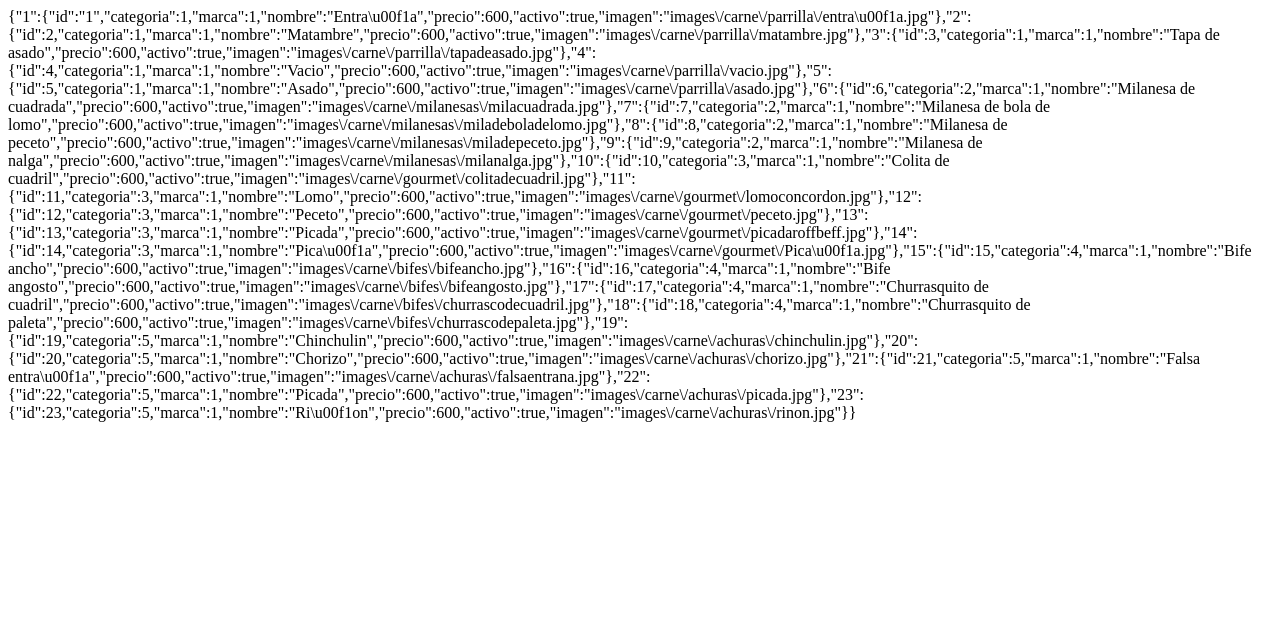
Repository: gerocurkandavinci/web
Page: http://localhost/front_back/datos/productos.php
The author's editor kept a copy of each file at every save. The page is drawn from the files as they stood at one save, then again after the next save.
The browser window is 1280 px wide. The pictures show the whole page.
The page is run by PHP 8.4 with error messages shown; the project is at /var/www/html/.

Above is the page before, as saved 2021-06-20 11:08:43.

After the next save:
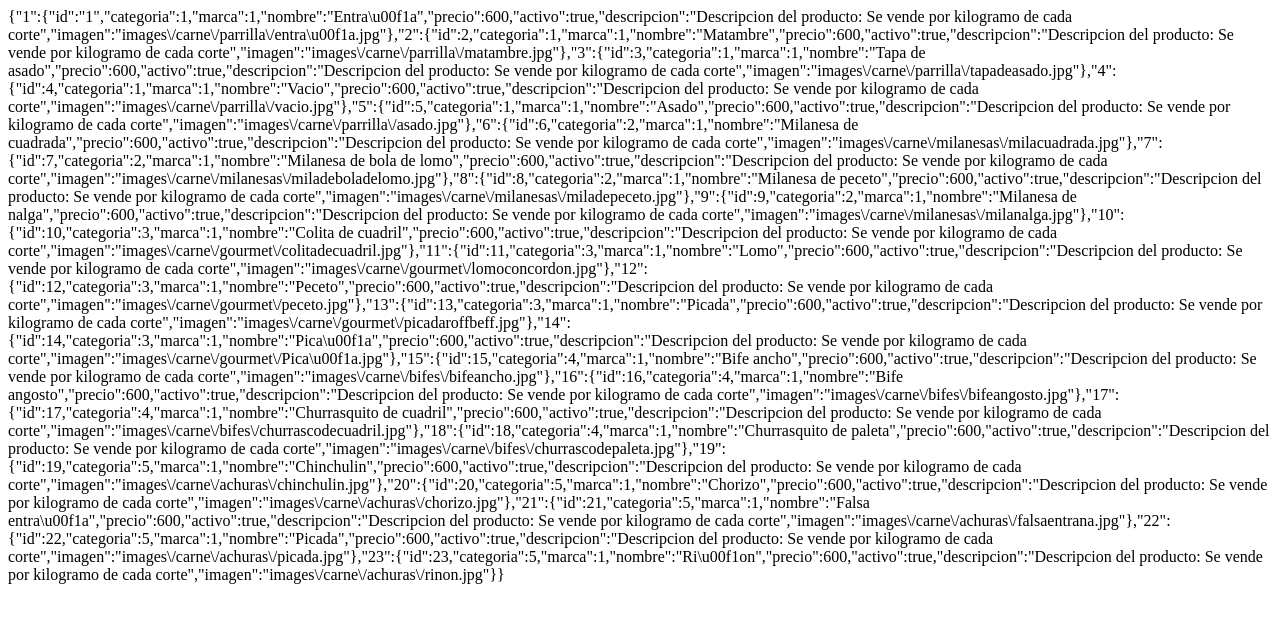
Saved 3 min 58 s later.
--- a/datos/productos.php
+++ b/datos/productos.php
@@ -7,6 +7,7 @@ $productos = array(
         "nombre"=>  "Entraña",
         "precio"=>  600,
         "activo"=>  true,
+        "descripcion"=>  "Descripcion del producto: Se vende por kilogramo de cada corte",
         "imagen"=>  "images/carne/parrilla/entraña.jpg"
 
         ),
@@ -17,6 +18,7 @@ $productos = array(
         "nombre"=> "Matambre",
         "precio"=> 600,
         "activo"=> true,
+        "descripcion"=>  "Descripcion del producto: Se vende por kilogramo de cada corte",
         "imagen" => "images/carne/parrilla/matambre.jpg"
     ),
     '3' => array(
@@ -26,6 +28,7 @@ $productos = array(
         "nombre"=> "Tapa de asado",
         "precio"=> 600,
         "activo"=> true,
+        "descripcion"=>  "Descripcion del producto: Se vende por kilogramo de cada corte",
         "imagen"=> "images/carne/parrilla/tapadeasado.jpg"
 
     ),
@@ -36,6 +39,7 @@ $productos = array(
         "nombre"=> "Vacio",
         "precio"=> 600,
         "activo"=> true,
+        "descripcion"=>  "Descripcion del producto: Se vende por kilogramo de cada corte",
         "imagen"=> "images/carne/parrilla/vacio.jpg"
     ),
 
@@ -46,6 +50,7 @@ $productos = array(
         "nombre"=> "Asado",
         "precio"=> 600,
         "activo"=> true,
+        "descripcion"=>  "Descripcion del producto: Se vende por kilogramo de cada corte",
         "imagen"=> "images/carne/parrilla/asado.jpg"
     ),
 
@@ -56,6 +61,7 @@ $productos = array(
         "nombre"=> "Milanesa de cuadrada",
         "precio"=> 600,
         "activo"=> true,
+        "descripcion"=>  "Descripcion del producto: Se vende por kilogramo de cada corte",
         "imagen"=> "images/carne/milanesas/milacuadrada.jpg"
     ),
 
@@ -67,6 +73,7 @@ $productos = array(
         "nombre"=> "Milanesa de bola de lomo",
         "precio"=> 600,
         "activo"=> true,
+        "descripcion"=>  "Descripcion del producto: Se vende por kilogramo de cada corte",
         "imagen"=> "images/carne/milanesas/miladeboladelomo.jpg"
     ),
     '8' => array(
@@ -76,6 +83,7 @@ $productos = array(
         "nombre"=> "Milanesa de peceto",
         "precio"=> 600,
         "activo"=> true,
+        "descripcion"=>  "Descripcion del producto: Se vende por kilogramo de cada corte",
         "imagen"=> "images/carne/milanesas/miladepeceto.jpg"
     ),
     '9' => array(
@@ -85,6 +93,7 @@ $productos = array(
         "nombre"=> "Milanesa de nalga",
         "precio"=> 600,
         "activo"=> true,
+        "descripcion"=>  "Descripcion del producto: Se vende por kilogramo de cada corte",
         "imagen"=> "images/carne/milanesas/milanalga.jpg"
     ),
     '10' => array(
@@ -94,6 +103,7 @@ $productos = array(
         "nombre"=> "Colita de cuadril",
         "precio"=> 600,
         "activo"=> true,
+        "descripcion"=>  "Descripcion del producto: Se vende por kilogramo de cada corte",
         "imagen"=> "images/carne/gourmet/colitadecuadril.jpg"
     ),
     '11' => array(
@@ -103,6 +113,7 @@ $productos = array(
         "nombre"=> "Lomo",
         "precio"=> 600,
         "activo"=> true,
+        "descripcion"=>  "Descripcion del producto: Se vende por kilogramo de cada corte",
         "imagen"=> "images/carne/gourmet/lomoconcordon.jpg"
     ),
     '12' => array(
@@ -112,6 +123,7 @@ $productos = array(
         "nombre"=> "Peceto",
         "precio"=> 600,
         "activo"=> true,
+        "descripcion"=>  "Descripcion del producto: Se vende por kilogramo de cada corte",
         "imagen"=> "images/carne/gourmet/peceto.jpg"
     ),
     '13' => array(
@@ -121,6 +133,7 @@ $productos = array(
         "nombre"=> "Picada",
         "precio"=> 600,
         "activo"=> true,
+        "descripcion"=>  "Descripcion del producto: Se vende por kilogramo de cada corte",
         "imagen"=> "images/carne/gourmet/picadaroffbeff.jpg"
     ),
     '14' => array(
@@ -130,6 +143,7 @@ $productos = array(
         "nombre"=> "Picaña",
         "precio"=> 600,
         "activo"=> true,
+        "descripcion"=>  "Descripcion del producto: Se vende por kilogramo de cada corte",
         "imagen"=> "images/carne/gourmet/Picaña.jpg"
 
     ),
@@ -140,6 +154,7 @@ $productos = array(
         "nombre"=> "Bife ancho",
         "precio"=> 600,
         "activo"=> true,
+        "descripcion"=>  "Descripcion del producto: Se vende por kilogramo de cada corte",
         "imagen"=> "images/carne/bifes/bifeancho.jpg"
     ),
     '16' => array(
@@ -149,6 +164,7 @@ $productos = array(
         "nombre"=> "Bife angosto",
         "precio"=> 600,
         "activo"=> true,
+        "descripcion"=>  "Descripcion del producto: Se vende por kilogramo de cada corte",
         "imagen"=> "images/carne/bifes/bifeangosto.jpg"
     ),
     '17' => array(
@@ -158,6 +174,7 @@ $productos = array(
         "nombre"=> "Churrasquito de cuadril",
         "precio"=> 600,
         "activo"=> true,
+        "descripcion"=>  "Descripcion del producto: Se vende por kilogramo de cada corte",
         "imagen"=> "images/carne/bifes/churrascodecuadril.jpg"
     ),
     '18' => array(
@@ -167,6 +184,7 @@ $productos = array(
         "nombre"=> "Churrasquito de paleta",
         "precio"=> 600,
         "activo"=> true,
+        "descripcion"=>  "Descripcion del producto: Se vende por kilogramo de cada corte",
         "imagen"=> "images/carne/bifes/churrascodepaleta.jpg"
     ),
     '19' => array(
@@ -176,6 +194,7 @@ $productos = array(
         "nombre"=> "Chinchulin",
         "precio"=> 600,
         "activo"=> true,
+        "descripcion"=>  "Descripcion del producto: Se vende por kilogramo de cada corte",
         "imagen"=> "images/carne/achuras/chinchulin.jpg"
     ),
     '20' => array(
@@ -185,6 +204,7 @@ $productos = array(
         "nombre"=> "Chorizo",
         "precio"=> 600,
         "activo"=> true,
+        "descripcion"=>  "Descripcion del producto: Se vende por kilogramo de cada corte",
         "imagen"=> "images/carne/achuras/chorizo.jpg"
     ),
     '21' => array(
@@ -194,6 +214,7 @@ $productos = array(
         "nombre"=> "Falsa entraña",
         "precio"=> 600,
         "activo"=> true,
+        "descripcion"=>  "Descripcion del producto: Se vende por kilogramo de cada corte",
         "imagen"=> "images/carne/achuras/falsaentrana.jpg"
     ),
     '22' => array(
@@ -203,6 +224,7 @@ $productos = array(
         "nombre"=> "Picada",
         "precio"=> 600,
         "activo"=> true,
+        "descripcion"=>  "Descripcion del producto: Se vende por kilogramo de cada corte",
         "imagen"=> "images/carne/achuras/picada.jpg"
     ),
     '23' => array(
@@ -212,6 +234,7 @@ $productos = array(
         "nombre"=> "Riñon",
         "precio"=> 600,
         "activo"=> true,
+        "descripcion"=>  "Descripcion del producto: Se vende por kilogramo de cada corte",
         "imagen"=> "images/carne/achuras/rinon.jpg"
     ),
 
